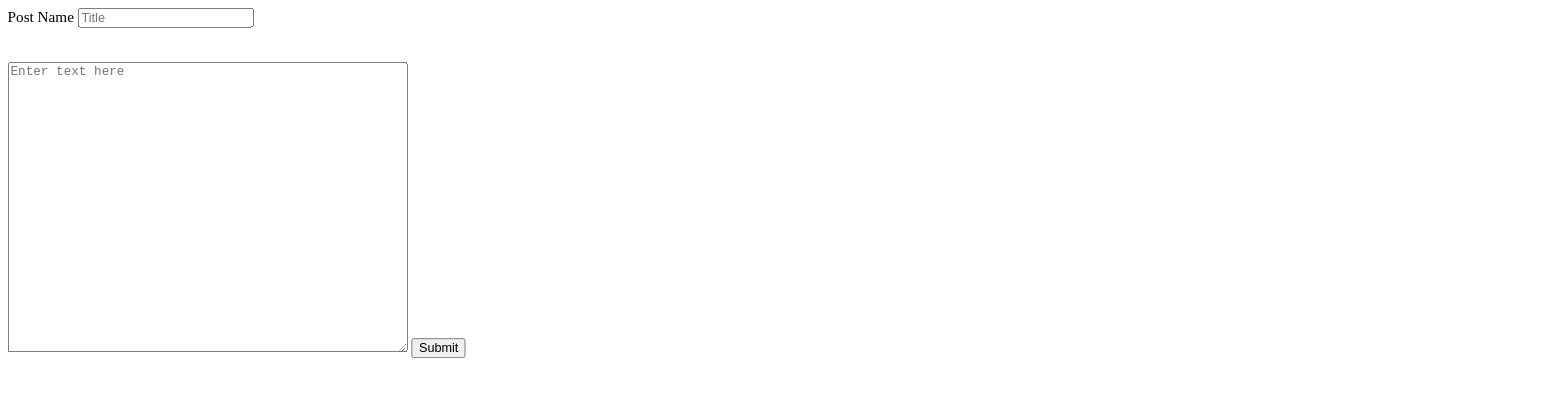
Repository: AnnieFisher/blog
Page: BlogMVC/WebContent/addPost.view.html
These files come from the project's save history. The page is drawn as it stood at one moment and after the next save; the edit follows.
The browser window is 1280 px wide. The page is 1280 px wide, then 1635 px, so the pictures cover 1635 px, including what lies to the right of the window. The pictures show the whole page, at 95% of full size.

Above is the page before, as saved 2016-12-17 20:22:20.

### BlogMVC/WebContent/addPost.view.html
<div>


  <label for="postName" class="sr-only">Post Name</label>
  <input type="text" ng-model="post.postName" name="postName" placeholder = "Title">
  <br><br><br>
  <textarea name="body" ng-model="post.body" placeholder = "Enter text here"
maxlength="300" wrap="hard" rows="20" cols="50"></textarea>

  <button ng-click =createPost(post)>Submit</button>




</div>

After the next save:
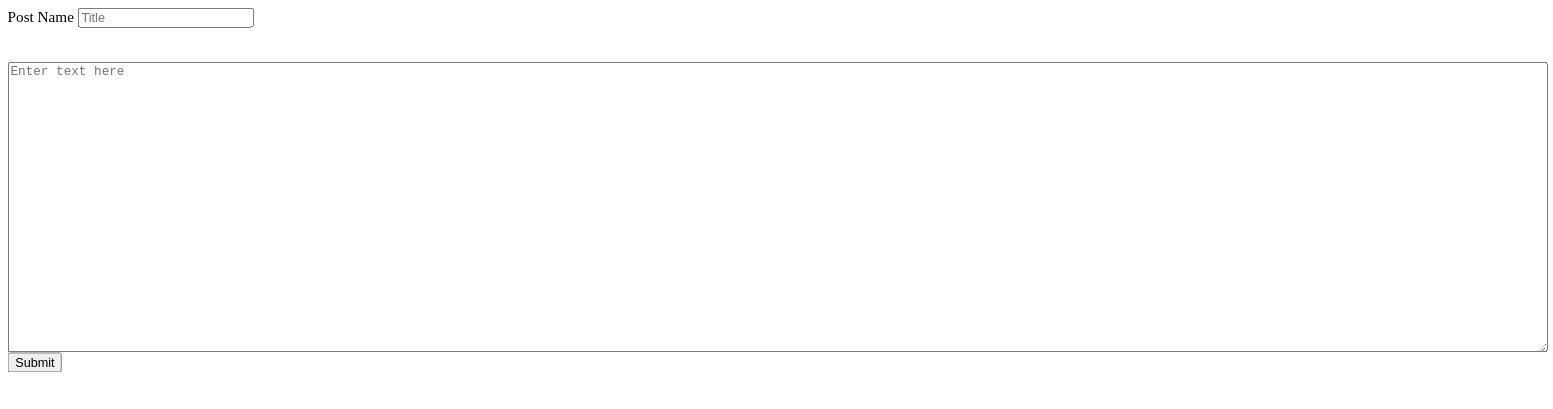
Saved 11 s later.
--- a/BlogMVC/WebContent/addPost.view.html
+++ b/BlogMVC/WebContent/addPost.view.html
@@ -5,7 +5,7 @@
   <input type="text" ng-model="post.postName" name="postName" placeholder = "Title">
   <br><br><br>
   <textarea name="body" ng-model="post.body" placeholder = "Enter text here"
-maxlength="300" wrap="hard" rows="20" cols="50"></textarea>
+maxlength="300" wrap="hard" rows="20" cols="200"></textarea>
 
   <button ng-click =createPost(post)>Submit</button>
 
